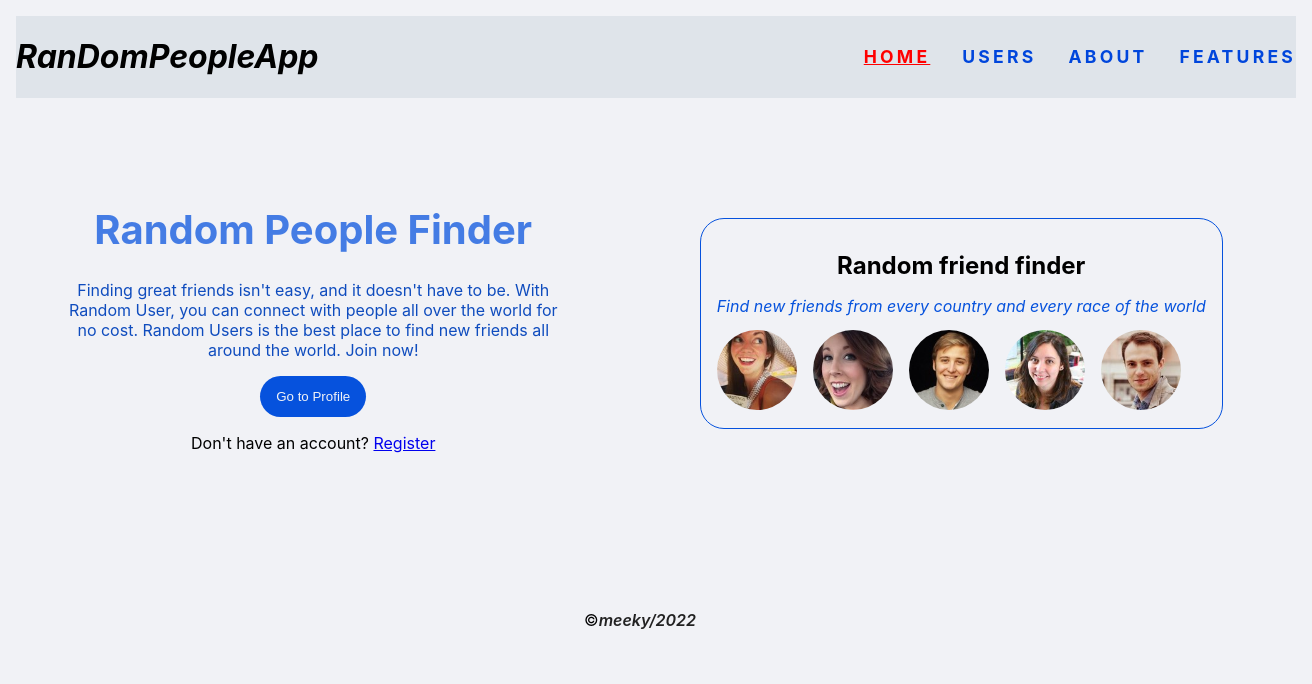
Repository: MikkyPrestige/RandomProfiles
Page: /
The author's editor kept a copy of each file at every save. The page is drawn from the files as they stood at one save, then again after the next save.
The browser window is 1280 px wide. The page is 1296 px wide, then 1312 px, so the pictures cover 1312 px, including what lies to the right of the window. The pictures show the whole page.
The project was rebuilt for these pictures with package versions that can differ from the ones it lists, and the page was loaded fresh each time. Also part of the build but not shown: src/components/users.jsx, src/assets/styles/search.css, src/components/search.jsx, src/assets/styles/help.css, src/components/help.jsx, src/assets/styles/about.css, src/components/about.jsx, src/assets/styles/error.css and 9 more.

Above is the page before, as saved 2022-12-06 19:53:28.

### public/index.html
<!DOCTYPE html>
<html lang="en">

<head>
  <meta charset="utf-8" />
  <link rel="icon" href="%PUBLIC_URL%/favicon.ico" />
  <meta name="viewport" content="width=device-width, initial-scale=1" />
  <meta name="theme-color" content="#000000" />
  <meta name="description" content="Web site created using create-react-app" />
  <link rel="apple-touch-icon" href="%PUBLIC_URL%/logo192.png" />
  <!--
      manifest.json provides metadata used when your web app is installed on a
      user's mobile device or desktop. See https://developers.google.com/web/fundamentals/web-app-manifest/
    -->
  <link rel="manifest" href="%PUBLIC_URL%/manifest.json" />
  <!--
      Notice the use of %PUBLIC_URL% in the tags above.
      It will be replaced with the URL of the `public` folder during the build.
      Only files inside the `public` folder can be referenced from the HTML.

      Unlike "/favicon.ico" or "favicon.ico", "%PUBLIC_URL%/favicon.ico" will
      work correctly both with client-side routing and a non-root public URL.
      Learn how to configure a non-root public URL by running `npm run build`.
    -->
  <title>AltSchool Assignment 2</title>
</head>

<body>
  <noscript>You need to enable JavaScript to run this app.</noscript>
  <div id="root"></div>
  <!--
      This HTML file is a template.
      If you open it directly in the browser, you will see an empty page.

      You can add webfonts, meta tags, or analytics to this file.
      The build step will place the bundled scripts into the <body> tag.

      To begin the development, run `npm start` or `yarn start`.
      To create a production bundle, use `npm run build` or `yarn build`.
    -->
</body>

</html>

### src/index.css
body {
  margin: 0;
  font-family: -apple-system, BlinkMacSystemFont, 'Segoe UI', 'Roboto', 'Oxygen',
    'Ubuntu', 'Cantarell', 'Fira Sans', 'Droid Sans', 'Helvetica Neue',
    sans-serif;
  -webkit-font-smoothing: antialiased;
  -moz-osx-font-smoothing: grayscale;
  background-color: #f1f2f6;
}

code {
  font-family: source-code-pro, Menlo, Monaco, Consolas, 'Courier New',
    monospace;
}

### src/App.jsx
import * as React from "react";
import { ErrorBoundary } from "react-error-boundary";
import { Route, Routes } from "react-router-dom";
import {
  Layout,
  Home,
  Users,
  Search,
  Help,
  About,
  Error,
  ErrorFallBack,
  Profile,
  ProfileDisplay,
  Register,
  UpdatePassword,
  Footer,
} from "./components";

const App = () => {
  return (
    <div className="App">
      <main>
        <ErrorBoundary FallbackComponent={ErrorFallBack}>
          <Layout />
          <Routes>
            <Route path="/" element={<Home />} />
            <Route path="users">
              <Route index element={<Users />} />
              <Route path=":id" element={<Search />} />
            </Route>
            <Route path="profile" element={<Profile />} />
            <Route path="profileDisplay" element={<ProfileDisplay />} />
            <Route path="register" element={<Register />} />
            <Route path="update" element={<UpdatePassword />} />
            <Route path="help" element={<Help />} />
            <Route path="about" element={<About />} />
            <Route path="*" element={<Error />} />
          </Routes>
        </ErrorBoundary>
        <Footer />
      </main>
    </div>
  );
};

export default App;

### src/components/index.js
export {  Layout, Back } from "./layout";
export { default as Home } from "./home";
export { default as Users } from "./users";
export { default as Search } from "./search";
export { default as Help } from "./help";
export { default as About } from "./about";
export { default as Error } from "./error";
export { default as ErrorFallBack } from "./errorFallback";
export { default as Profile } from "./profile";
export { default as ProfileDisplay } from "./profileDisplay";
export { default as Register } from "./register";
export { default as UpdatePassword } from "./update";
export { Footer } from "./avatar";

### src/components/layout.jsx
// LAYOUT COMPONENT - This component is for the App Layout that displays the Navigation bar in the app UI to the user when app is open

import { useState } from "react";
import { NavLink } from "react-router-dom";
import "../assets/styles/layout.css";
import { MdClose } from "react-icons/md";
import { FiMenu } from "react-icons/fi";

const CustomNavLink = ({ to, ...props }) => {
  let activeStyle = {
    textDecoration: "underline",
    color: "red",
  };

  return (
    <NavLink
      style={({ isActive }) =>
        isActive ? activeStyle : { textDecoration: "none" }
      }
      to={to}
      end
      {...props}
    />
  );
};

const LayoutSmall = () => {
  const [nav, setNav] = useState(false);

  const toggleNav = () => {
    setNav(!nav);
  };

  const closeNav = () => {
    setNav(false);
  };

  return (
    <div className="layout small">
      <header className="layout__header">
        <div className="layout__header--text">
          <h1 className="layout__header--title">RanDomPeopleApp</h1>
        </div>
        <nav className="layout__nav">
          <button onClick={toggleNav} className="layout--btn">
            {nav ? (
              <MdClose className="layout__btn--icon" />
            ) : (
              <FiMenu className="layout__btn--icon" />
            )}
          </button>
          <div className={`menuNav ${nav ? " showMenu" : ""}`}>
            <CustomNavLink
              to="/"
              end
              className="nav__item"
              onClick={() => closeNav()}
            >
              Home
            </CustomNavLink>
            <CustomNavLink
              to="profile"
              className="nav__item"
              onClick={() => closeNav()}
            >
              Users
            </CustomNavLink>
            <CustomNavLink
              to="about"
              className="nav__item"
              onClick={() => closeNav()}
            >
              About
            </CustomNavLink>
            <CustomNavLink
              to="help"
              className="nav__item"
              onClick={() => closeNav()}
            >
              Features
            </CustomNavLink>
          </div>
        </nav>
      </header>
    </div>
  );
};

const LayoutLarge = () => {
  return (
    <div className="layout large">
      <header className="layout__header">
        <div className="layout__header--text">
          <h1 className="layout__header--title">RanDomPeopleApp</h1>
        </div>
        <nav className="layout__nav">
          <div className="nav__items--large">
            <CustomNavLink to="/" className="nav__item--large">
              Home
            </CustomNavLink>
            <CustomNavLink to="profile" className="nav__item--large">
              Users
            </CustomNavLink>
            <CustomNavLink to="about" className="nav__item--large">
              About
            </CustomNavLink>
            <CustomNavLink to="help" className="nav__item--large">
              Features
            </CustomNavLink>
          </div>
        </nav>
      </header>
    </div>
  );
};

const Layout = () => {
  return (
    <div>
      <LayoutSmall />
      <LayoutLarge />
    </div>
  );
};

//  Navigate back home button
const Back = () => {
  const [isHover, setIsHover] = useState(false);

  const handleMouseEnter = () => {
    setIsHover(true);
  };

  const handleMouseLeave = () => {
    setIsHover(false);
  };

  const style = {
    border: "none",
    borderRadius: ".5rem",
    padding: " .5rem",
    fontSize: "1rem",
    fontWeight: "600",
    cursor: "pointer",
    backgroundColor: isHover ? "lightblue" : "rgb(0, 191, 255)",
    color: isHover ? "#f00" : "green",
  };

  return (
    <NavLink to="/" className="back__button">
      <button
        style={style}
        onMouseEnter={handleMouseEnter}
        onMouseLeave={handleMouseLeave}
      >
        Back ←{" "}
      </button>
    </NavLink>
  );
};

export { Layout, Back };

### src/components/home.jsx
// HOME COMPONENT - This component is the Home section of the app that displays app Home page on load and when the 'HOME' button in the header is clicked

import { Link, useNavigate } from "react-router-dom";
import "../assets/styles/home.css";
import { Avatar } from "./avatar";
import FirstFemale from "../assets/img/female-1.jpg";
import SecondFemale from "../assets/img/female-2.jpg";
import ThirdFemale from "../assets/img/female-3.jpg";
import FirstMale from "../assets/img/male-1.jpg";
import SecondMale from "../assets/img/male-2.jpg";

const Home = () => {
  const navigate = useNavigate();
  const getStarted = () => {
    navigate("/profileDisplay"); // Redirect the user to the users component when the get started button is clicked
  };

  return (
    <div className="home">
      <div className="home__container">
        <div className="desc">
          <h1 className="desc__heading">Random people finder</h1>
          <p className="desc__paragraph">
            Finding great friends isn't easy, and it doesn't have to be. With
            Random User, you can connect with people all over the world for no
            cost. Random Users is the best place to find new friends all around
            the world. Join now!
          </p>
          <button onClick={getStarted} className="desc__cta">
            Go to Profile
          </button>
          <p className="register__text">
            Don't have an account?{" "}
            <Link to="/register" className="register__link">
              Register
            </Link>
          </p>
        </div>
        <div className="home__wrapper">
          <h2 className="home__heading">Random friend finder</h2>
          <p className="home__text">
            Find new friends from every country and every race of the world
          </p>
          <div className="home__img">
            <Avatar
              image={FirstFemale}
              alt="Female One"
              style={{ width: "5rem", height: "5rem", borderRadius: "50%" }}
            />
            <Avatar
              image={SecondFemale}
              alt="Female Two"
              style={{ width: "5rem", height: "5rem", borderRadius: "50%" }}
            />
            <Avatar
              image={FirstMale}
              alt="Male One"
              style={{ width: "5rem", height: "5rem", borderRadius: "50%" }}
            />
            <Avatar
              image={ThirdFemale}
              alt="Female Three"
              style={{ width: "5rem", height: "5rem", borderRadius: "50%" }}
            />
            <Avatar
              image={SecondMale}
              alt="Male Two"
              style={{ width: "5rem", height: "5rem", borderRadius: "50%" }}
            />
          </div>
        </div>
      </div>
    </div>
  );
};

export default Home;

### src/components/avatar.jsx
// AVATAR COMPONENT - This component is for the Images used in the app.

import "../assets/styles/layout.css";

export const Avatar = ({ image = "", alt = "", style = {} }) => {
  return (
    <div className="avatar">
      <img src={image} alt={alt} style={style} />
    </div>
  );
};

// FOOTER COMPONENT - for the attribution

export const Footer = () => {
  return (
    <div className="attribution">
      <footer>
        &copy;
        <a
          href="https://github.com/MeekyBerry"
          target="_blank"
          rel="noreferrer"
          className="footer"
        >
          meeky/2022
        </a>
      </footer>
    </div>
  );
};

### src/assets/styles/layout.css
.layout {
  background-color: #dfe4ea;
  /* padding: 0 1rem; */
  width: 100%;
  margin: 1rem;
}

.layout__nav {
  display: flex;
  align-items: center;
  justify-content: space-between;
  position: relative;
}

.layout__header {
  display: flex;
  justify-content: space-between;
  align-items: center;
}

.layout__header--title {
  font-style: oblique;
}

.layout--btn {
  position: fixed;
  top: 1.5rem;
  right: 1.5rem;
  z-index: 10;
  background-color: #f1f2f5;
  border: none;
  font-size: 1.5rem;
  cursor: pointer;
}

.menuNav {
  position: fixed;
  top: 6rem;
  right: 0;
  width: 0;
  max-width: 10rem;
  height: 100%;
  background-color: #f1f2f5;
  z-index: 5;
  overflow: hidden;
}

.menuNav.showMenu {
  width: 100%;
  transition: all 2s ease-in;
  -webkit-transition: all 2s ease-in;
  -moz-transition: all 2s ease-in;
  -ms-transition: all 2s ease-in;
  -o-transition: all 2s ease-in;
}

.nav__items {
  display: flex;
  align-items: center;
  list-style: none;
  /* flex-wrap: wrap; */
}

.nav__item {
  font-size: 1.2rem;
  padding: 1rem;
  text-transform: uppercase;
  display: block;
  text-align: center;
  text-transform: uppercase;
  color: #0046dc;
}

.nav__item:hover {
  color: #7dd5c6;
}

.nav__items--large {
  display: flex;
  gap: 2rem;
}

.nav__item--large {
  text-transform: uppercase;
  font-size: 1.1rem;
  font-weight: 700;
  letter-spacing: .2rem;
  color: #0046dc;
}

.attribution {
  text-align: center;
}

.footer {
  color: #222;
  text-decoration: none;
  cursor: pointer;
  font-style: italic;
  font-weight: 600;
}

/* MEDIA QUERY TO HIDE THE NAVIGATION BAR HAMBURGER ON LARGE SCREENS */
@media screen and (min-width: 768px) {
  .small {
    display: none;
  }

  .large {
    display: block;
  }
}

@media screen and (max-width: 768px) {
  .small {
    display: block;
  }

  .large {
    display: none;
  }
}

### src/assets/styles/home.css
.home {
  height: 60vh;
  width: 100%;
  margin-top: 5rem;
  text-align: center;
}

.home__container {
  display: flex;
  justify-content: space-around;
  align-items: center;
  gap: 1rem;
}

.desc {
  width: 40%;
}

.desc__heading {
  font-size: 2.5rem;
  color: #0651ddbb;
  text-transform: capitalize;
}

.desc__paragraph {
  font-size: 1rem;
  color: #0f4cbe;
}

.desc__cta {
  background-color: #0652dd;
  color: #f1f2f6;
  padding: 0.8rem 1rem;
  border: none;
  border-radius: 1.5rem;
}

.desc__cta:hover {
  background-color: #0f4cbe;
}

.home__wrapper {
  border: 1px solid #0652dd;
  border-radius: 1.5rem;
  line-height: 1;
  padding: 1rem;
  height: min-content;
}

.home__text {
  font-style: italic;
  color: #0652dd;
}

.home__img {
  display: flex;
  align-items: center;
  gap: 1rem;
}

### src/assets/styles/users.css
.users {
  background-color: #fff;
  border: 1px solid #ccc;
  border-radius: 0.5rem;
  padding: 1rem;
  margin: 1rem;
}

.users__container {
  display: flex;
  flex-direction: column;
  justify-content: center;
  align-items: center;
}

.users__heading {
  text-align: center;
  text-transform: uppercase;
  font-size: 1.5rem;
  font-weight: bold;
  margin-bottom: 1rem;
}

.users__list {
  list-style: none;
  padding: 2rem;
  margin: 1rem auto;
  width: 85%;
  display: grid;
  grid-template-columns: repeat(3, minmax(200px, 1fr));
  grid-gap: 3rem;
}

.user__items {
  border-bottom: 1px solid #ccc;
}

.user__item {
  background-color: #fff;
  border: 1px solid #ccc;
  border-radius: 0.5rem;
  padding: 1rem;
}

.user__img {
  width: 80%;
  border-radius: 10%;
  margin-left: 1rem;
}

/* BUTTON BELOW */
.btn__container {
  display: flex;
  justify-content: center;
  align-items: center;
}

.active:hover {
  background-color: #ced6e0;
  color: #1e90ff;
}

.active:active {
  background-color: #70a1ff;
  color: #ced6e0;
}

.btn__array {
  padding: 0.5rem;
  margin: 0.5rem;
  font-size: 1rem;
  border-radius: 0.5rem;
  border: none;
  cursor: pointer;
}

.search__box {
  display: flex;
  justify-content: center;
  align-items: center;
}

.search__link {
  background-color: #fff;
  border: 1px solid #ccc;
  color: #1e90ff;
  border-radius: 1rem;
  width: 18rem;
  padding: 0.5rem;
  margin: 1rem;
  font-size: 1rem;
  font-weight: bold;
  cursor: pointer;
  text-align: center;
  text-decoration: none;
  animation: search 1s ease-in-out infinite;
}

.search__link:hover {
  background-color: #1e90ff;
  color: #fff;
  animation: none;
}

.search__link:active {
  background-color: #70a1ff;
  color: #fff;
  animation: none;
}

@keyframes search {
  0% {
    transform: scale(1);
  }

  50% {
    transform: scale(1.2);
  }

  100% {
    transform: scale(1);
  }
}

Loaded but not shown: src/index.js (common file)

After the next save:
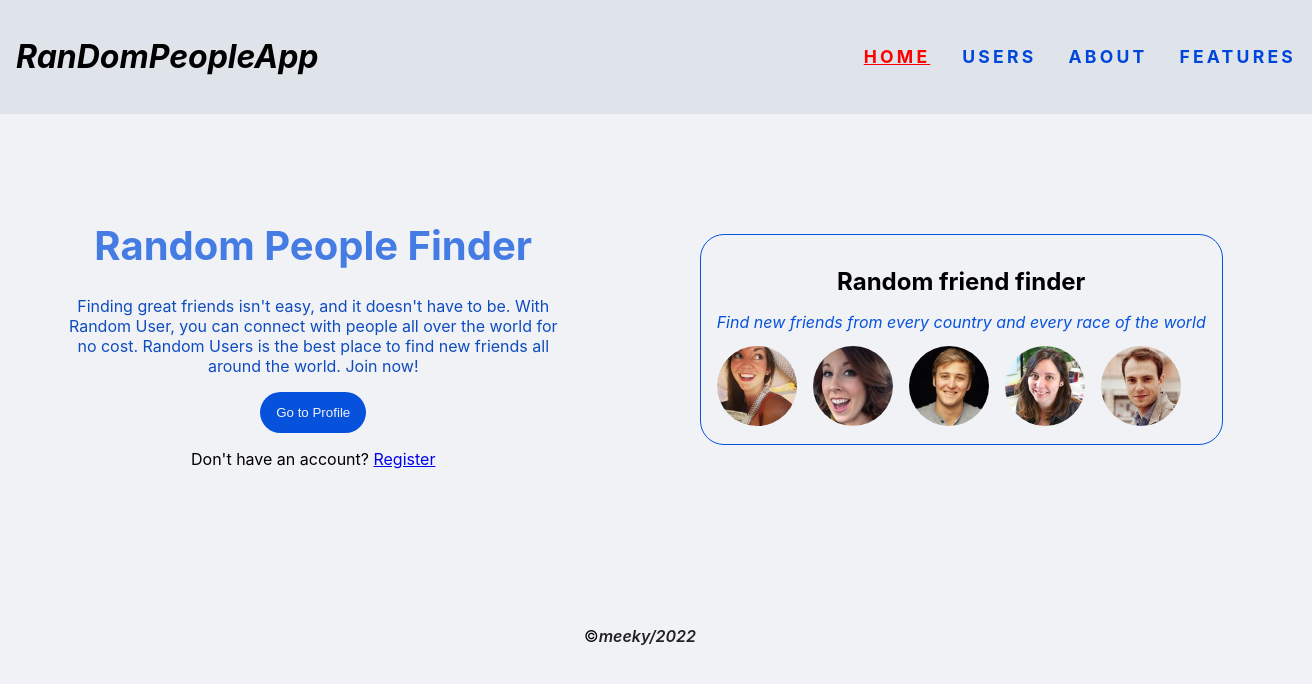
Saved 10 s later.
--- a/src/assets/styles/layout.css
+++ b/src/assets/styles/layout.css
@@ -2,7 +2,7 @@
   background-color: #dfe4ea;
   /* padding: 0 1rem; */
   width: 100%;
-  margin: 1rem;
+  padding: 1rem;
 }
 
 .layout__nav {
